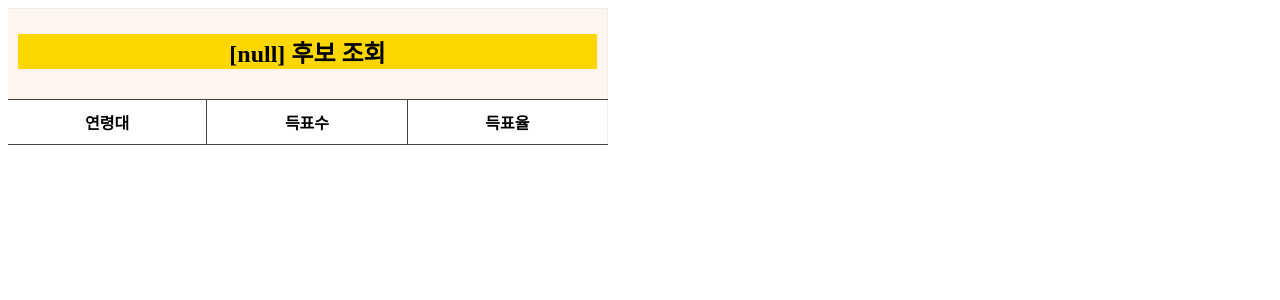
Repository: noheul1030/KOPO-HTML
Page: http://localhost/Tupyo/Tupyo/oneviewDB.jsp
An editor plug-in stored every save of this project. The page is shown before and after the next save, followed by the edit.
The browser window is 1280 px wide. The pictures show the whole page.
The pointer rests on the first visible `h2`.
The page is served by Tomcat 9. Queries for data that is not in the repository find no rows.

Above is the page before, as saved 2023-06-04 09:13:02.

After the next save:
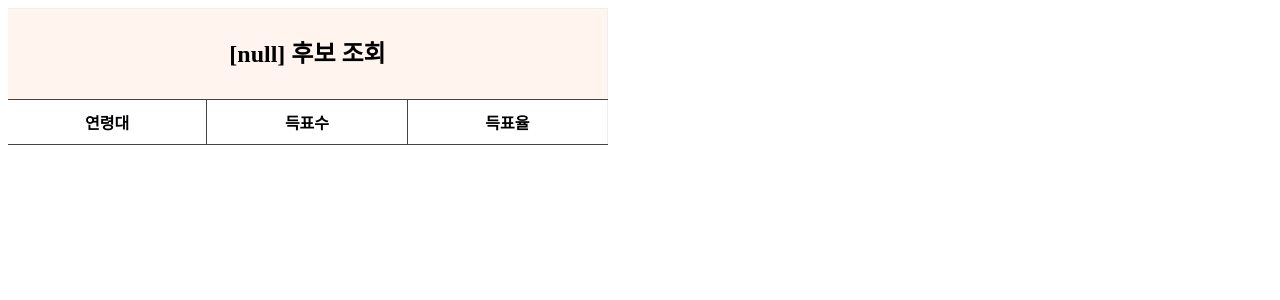
Saved 17 s later.
--- a/Tupyo/src/main/webapp/Tupyo/oneviewDB.jsp
+++ b/Tupyo/src/main/webapp/Tupyo/oneviewDB.jsp
@@ -23,9 +23,7 @@
 			  border-left: none;
 			}
     		a {text-decoration-line: none;  color: #696969;}
-			h2:hover {
-			 box-shadow: 0 0 40px 40px #ffd700 inset;
-			}
+
     		h1,h2,h4 {margin-top: 15px; text-align: center;}
     		.fourth {
 			  background: gold;
